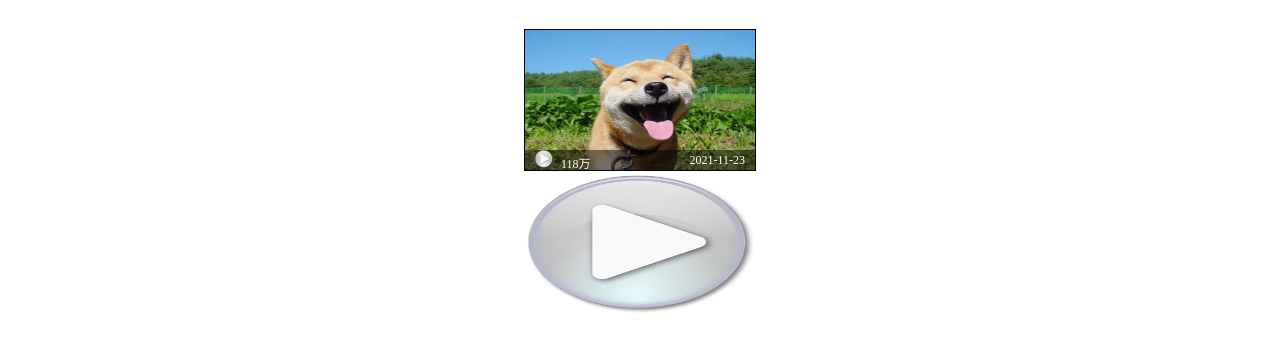
Repository: taoxiaofeng/hello-javascript
Page: master-class/position.html
The author's editor kept a copy of each file at every save. The page is drawn from the files as they stood at one save, then again after the next save.
The browser window is 1280 px wide. The pictures show the whole page.

Above is the page before, as saved 2024-07-29 22:53:21.

### master-class/position.html
<!DOCTYPE html>
<html lang="en">

<head>
  <meta charset="UTF-8">
  <meta name="viewport" content="width=device-width, initial-scale=1.0">
  <title>css定位</title>
  <style>
    * {
      margin: 0;
      padding: 0;
      box-sizing: border-box;
    }

    /* .bg {
      width: 100%;
      height: 100dvh;
    }

    .modal {
      width: 100%;
      height: 100%;
      position: fixed;
      top: 0;
      right: 0;
      bottom: 0;
      left: 0;
      background: rgba(0, 0, 0, 0.5);
      z-index: 5;
    }

    .dog {
      width: 200px;
      height: 200px;
      position: absolute;
      left: 50%;
      top: 50%;
      margin-left: -100px;
      margin-top: -100px;
    }

    .cat {
      width: 200px;
      height: 200px;
      position: fixed;
      top: 50%;
      right: 0;
      margin-top: -100px;
      background: url('./images/cat.jpg') no-repeat;
      padding-top: 50px;
      text-align: center;
    }

   .cat .qrcode {
    width: 100px;
    height: 100px;
  } */

    .item {
      outline: 1px solid #000;
      width: 230px;
      height: 140px;
      margin: 30px auto;
      position: relative;
    }

    .item img {
      width: 230px;
      height: 140px;
    }

    .aside {
      width: 100%;
      height: 20px;
      font-size: 12px;
      position: absolute;
      right: 0;
      bottom: 0;
      left: 0;
      background: rgba(0, 0, 0, 0.5);
      color: #fff;
      padding: 0 10px;
      line-height: 20px;
    }

    .aside .number .icon {
      display: inline-block;
      width: 18px;
      height: 18px;
      background: url('./images/play.webp') no-repeat;
      background-size: 100%;
      margin-right: 5px;
    }

    .aside .number {
      float: left;
    }

    .aside .date {
      float: right;
    }
  </style>
</head>

<body>

  <!-- <img class="bg" src="./images/bg.jpg" alt="">
  <div class="modal">
    <img class="dog" src="./images/dog.jpg" alt="">
  </div>

  <div class="cat">
    <img class="qrcode" src="./images/qr-code.webp" alt="">
  </div> -->

  <div class="item">
    <a href="">
      <img src="./images/dog.jpg" alt="">
    </a>
    <div class="aside">
      <div class="number">
        <span class="icon"></span>
        <span>118万</span>
      </div>
      <div class="date">2021-11-23</div>
    </div>
    <div class="modal">
      <a href="" class="play">
        <img src="./images/play.webp" alt="">
      </a>
    </div>
  </div>
</body>

</html>

After the next save:
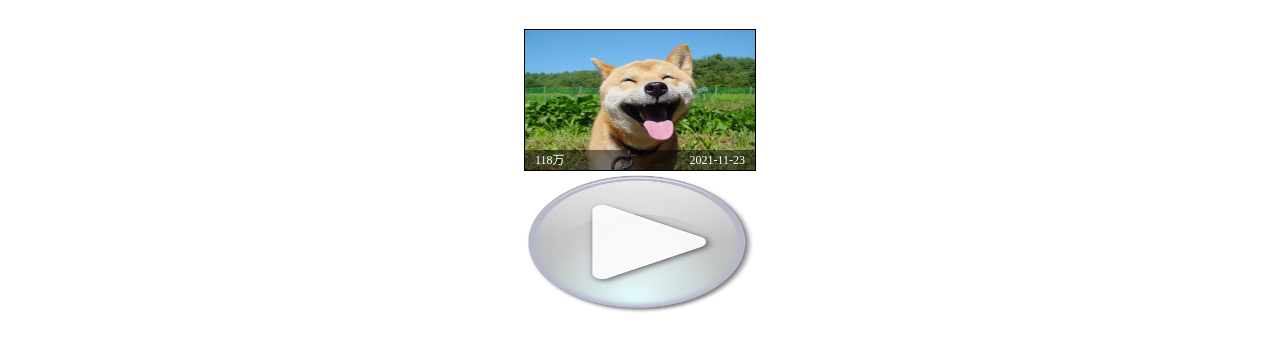
Saved 34 s later.
--- a/master-class/position.html
+++ b/master-class/position.html
@@ -119,8 +119,9 @@
     </a>
     <div class="aside">
       <div class="number">
-        <span class="icon"></span>
-        <span>118万</span>
+        <!-- <span class="icon"></span>
+        <span>118万</span> -->
+        118万
       </div>
       <div class="date">2021-11-23</div>
     </div>

After the save that followed:
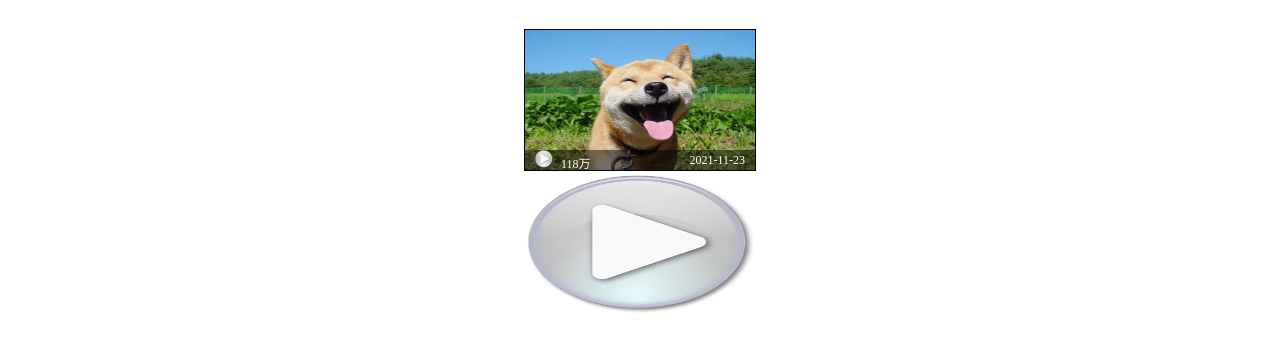
Saved 50 s later.
--- a/master-class/position.html
+++ b/master-class/position.html
@@ -99,6 +99,16 @@
     .aside .date {
       float: right;
     }
+
+    .number::before {
+      content: '';
+      display: inline-block;
+      width: 18px;
+      height: 18px;
+      background: url('./images/play.webp') no-repeat;
+      background-size: 100%;
+      margin-right: 5px;
+    }
   </style>
 </head>
 
